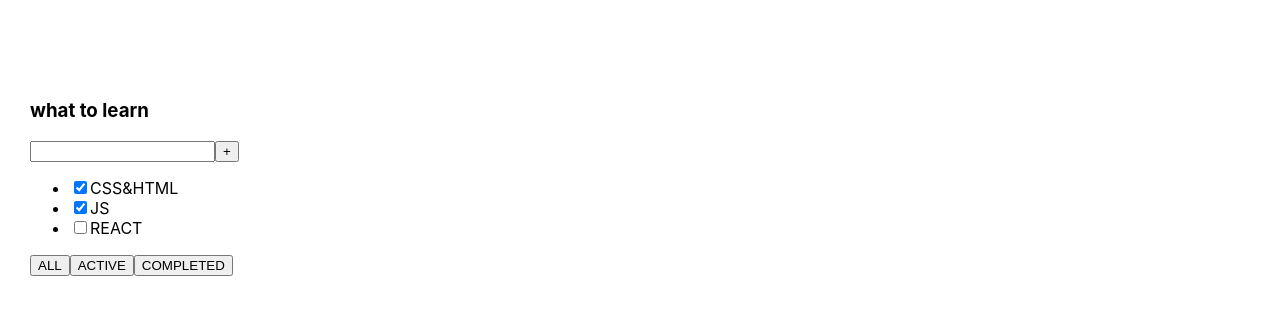
Repository: Grid-Master/myTrello
Page: /
These files come from the project's save history. The page is drawn as it stood at one moment and after the next save; the edit follows.
The browser window is 1280 px wide. The pictures show the whole page.
The project was rebuilt for these pictures with package versions that can differ from the ones it lists, and the page was loaded fresh each time.

Above is the page before, as saved 2023-01-15 16:11:43.

After the next save:
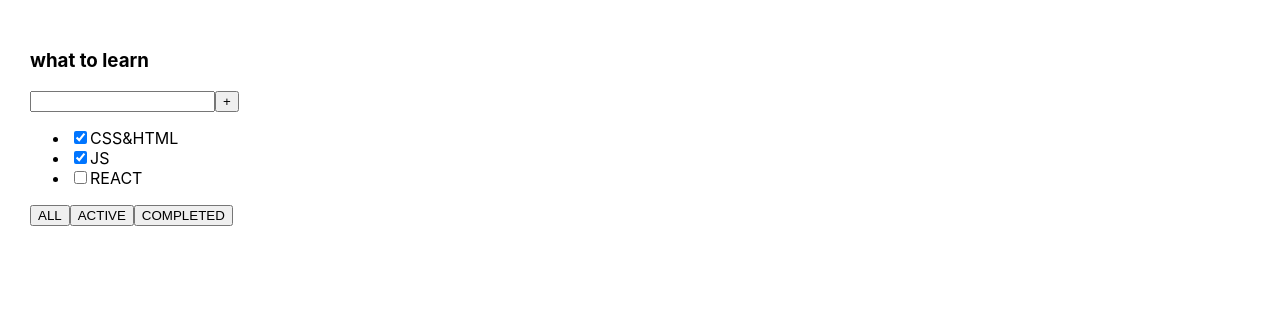
Saved 84 s later.
--- a/src/App.css
+++ b/src/App.css
@@ -4,5 +4,5 @@
 }
 
 .App>div {
-  margin-top: 50px;
+  margin-right: 50px;
 }
